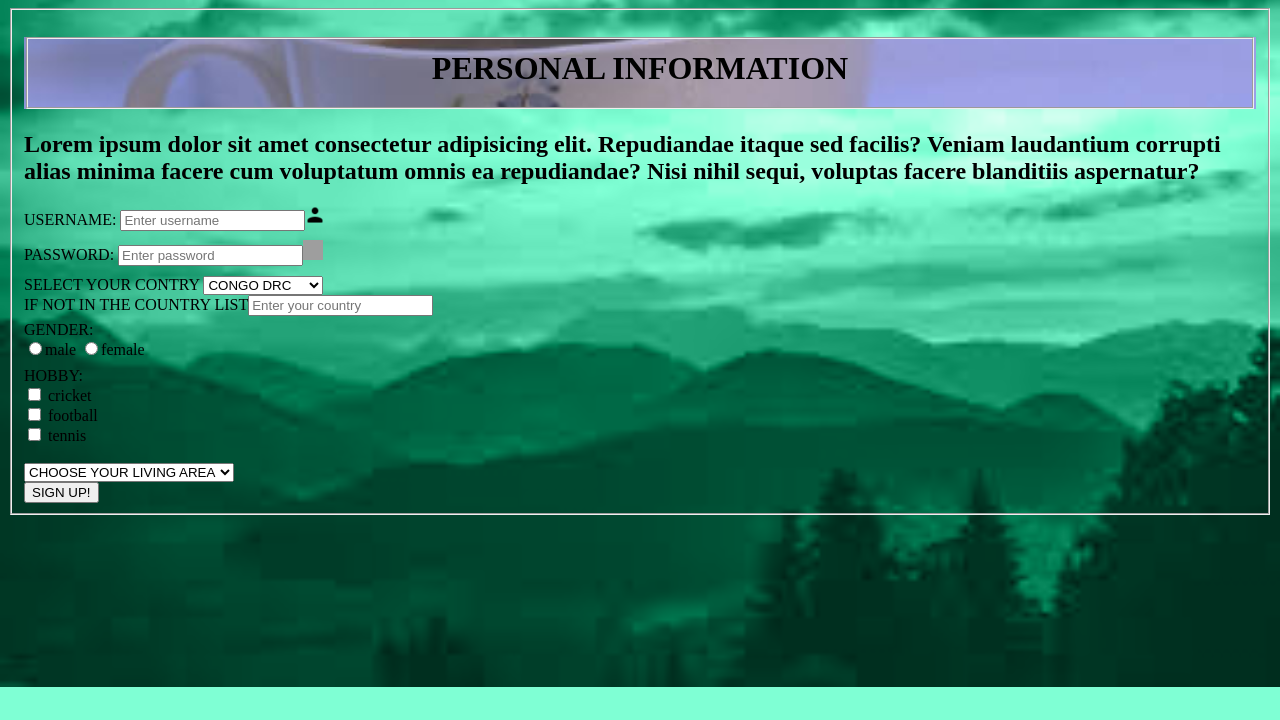
Repository: mirambialex/myform
Page: website/INDEX.HTML
An editor plug-in stored every save of this project. The page is shown before and after the next save, followed by the edit.
The browser window is 1280 px wide. The pictures show the whole page.
Pictures or frames that could not be fetched are drawn as grey boxes.

Above is the page before, as saved 2024-04-16 11:45:09.

### website/INDEX.HTML
<!DOCTYPE html>
<html lang="en">
<head>

    <title>WEBPAGE DESIGN</title>
    <LINK REL="STYLESHEET" HREF="STYLE.CSS">
</head>
<body>
    <FIEldset>
            <DIV class="AI">
                <h1><FIEldset>PERSONAL INFORMATION </FIEldset></h1>
</DIV>
<DIV class="BI"><H2>Lorem ipsum dolor sit amet consectetur adipisicing elit. Repudiandae itaque sed facilis? Veniam laudantium corrupti alias minima facere cum voluptatum omnis ea repudiandae? Nisi nihil sequi, voluptas facere blanditiis aspernatur?</H2>
</DIV>
<div class="gb">
 <DIV class="MAIN">USERNAME: <INPUT TYPE="TEXT" placeholder="Enter username"><img width="20" height="20" src="user.jpg"<br/>

 </DIV>
 <DIV class="A"> PASSWORD: <INPUT TYPE="PASSWORD" placeholder="Enter password"><img width="20" height="20" src="https://img.icons8.com/ios-filled/50/lock.png" alt="lock"/> <br/></DIV>
    <DIV CLASS="B">
        SELECT YOUR CONTRY <SELect>
            <OPTIon>CONGO DRC</OPTIon>
            <OPTIon>KENYA</OPTIon>
            <OPTIon>SUDAN</OPTIon>
            <OPTIon>SOUTH SUDAN</OPTIon>
            <OPTIon>RWANDA</OPTIon>
            <OPTIon>BURUNDI</OPTIon>
            <OPTIon>UGANDA</OPTIon>
            <OPTIon>TANZANIA</OPTIon>
            <OPTIon>SOMALIA</OPTIon>

        </SELect> <br/>
    </DIV>
    <div class="wcb">
    IF NOT IN THE COUNTRY LIST<INPUt type="TEXT" placeholder="Enter your country"</INPUt>
    </div>
<div class="d">
<LAbe for="GENDER">GENDER: </LAbel><BR/>
<INPUT type="radio" ID="GENDER" name="GENDER" VALUE="male"/>male
<INPUT type="radio" ID="GENDER" name="GENDER" VALUE="female"/>female <br/>
</div>
<div class="e">
HOBBY:<br>
<input type="checkbox" id="cricket" name="cricket" value="cricket"/>
<label for="cricket">cricket</label> <br>
<input type="checkbox" id="football" name="football" value="football"/>
<label for="football">football</label> <br>
<input type="checkbox" id="tennis" name="tennis" value="tennis"/>
<label for="tennis">tennis</label> <br>
<br/> </div>
<div class="address">
    <select name="address">
        <option value="one">CHOOSE YOUR LIVING AREA</option>
        <option>kakuma town</option>
        <option>kakuma 1</option>
        <option>kakuma 2</option>
        <option>kakuma 3</option>
        <option>kakuma 4</option>
        <option>kalobeyeyi</option>
    </select>
</div>
<DIV class="C"><BUTTon>SIGN UP!</BUTTon></DIV>
</FIEldset>
</div>
</div>
 </body>
</html>

### website/STYLE.CSS
BODY{
    background-image: url(IMAGE.JPG);
    background-color: aquamarine;
    background-position: center;
    background-size: cover;
    background-repeat: no-repeat;
    background-blend-mode: luminosity;
}
H1{
    text-align: center;
}
.O{
    background-color: aliceblue;
    background-image: url(ALEX.PNG.JPG);
}
.MAIN{
    margin-bottom: 0.8%;
    background-color:
}
.A{
    margin-bottom: 0.8%;
}
.c{
    margin-bottom: 1.5%;
    color: blueviolet;
    text-decoration: aqua;
}
.d{
    margin-top: 0.4%;

}
.e{
    margin-top: 0.6%;
}
.AI{
    background-image: url(ALEX.JPG);
    background-repeat: no-repeat;
    background-position: center;
    background-size: cover;
}
.gb{
    display: block;

}
: :-ms-input-placeholder{
    color:red;
}
.address{

}

After the next save:
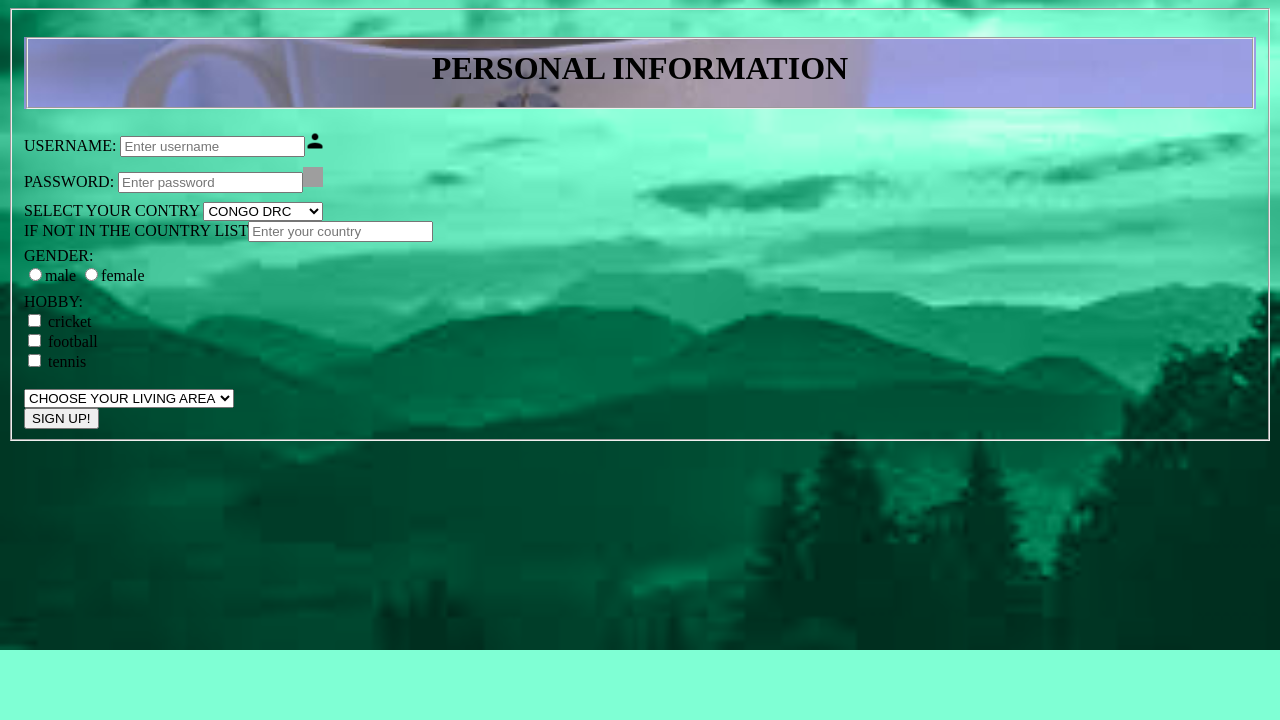
Saved 30 s later.
--- a/website/INDEX.HTML
+++ b/website/INDEX.HTML
@@ -10,7 +10,6 @@
             <DIV class="AI">
                 <h1><FIEldset>PERSONAL INFORMATION </FIEldset></h1>
 </DIV>
-<DIV class="BI"><H2>Lorem ipsum dolor sit amet consectetur adipisicing elit. Repudiandae itaque sed facilis? Veniam laudantium corrupti alias minima facere cum voluptatum omnis ea repudiandae? Nisi nihil sequi, voluptas facere blanditiis aspernatur?</H2>
 </DIV>
 <div class="gb">
  <DIV class="MAIN">USERNAME: <INPUT TYPE="TEXT" placeholder="Enter username"><img width="20" height="20" src="user.jpg"<br/>

After the save that followed:
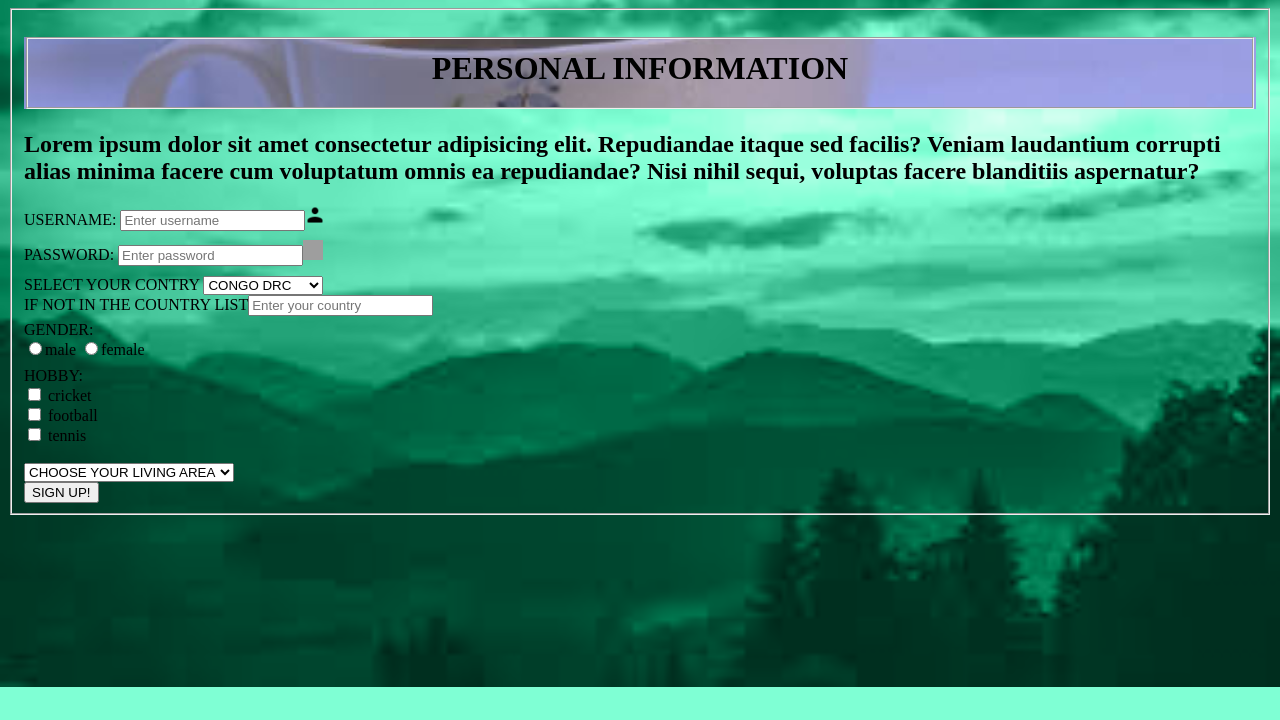
Saved 12 s later.
--- a/website/INDEX.HTML
+++ b/website/INDEX.HTML
@@ -10,6 +10,7 @@
             <DIV class="AI">
                 <h1><FIEldset>PERSONAL INFORMATION </FIEldset></h1>
 </DIV>
+<DIV class="BI"><H2>Lorem ipsum dolor sit amet consectetur adipisicing elit. Repudiandae itaque sed facilis? Veniam laudantium corrupti alias minima facere cum voluptatum omnis ea repudiandae? Nisi nihil sequi, voluptas facere blanditiis aspernatur?</H2>
 </DIV>
 <div class="gb">
  <DIV class="MAIN">USERNAME: <INPUT TYPE="TEXT" placeholder="Enter username"><img width="20" height="20" src="user.jpg"<br/>
